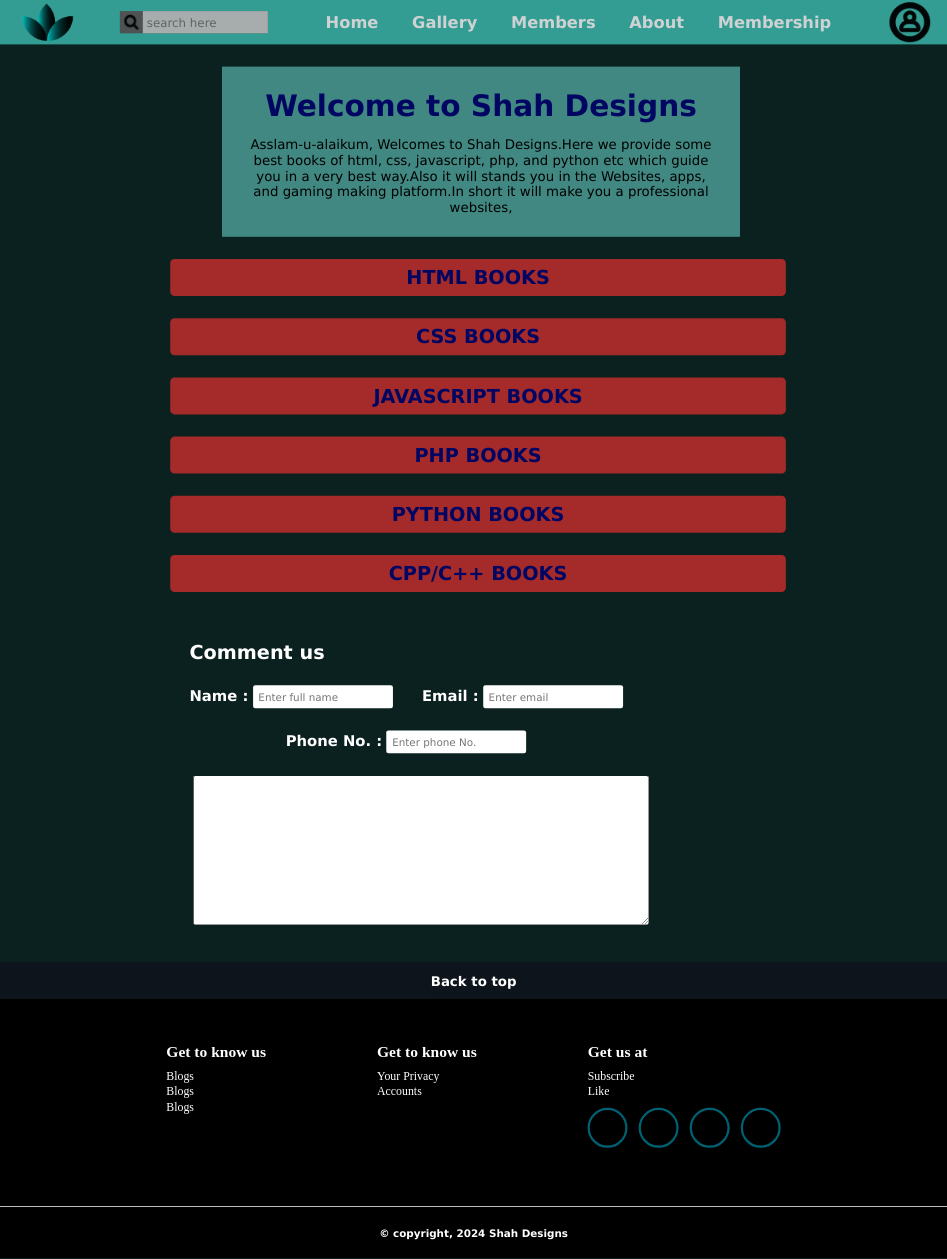
Repository: RawahaMR11/my_assignments
Page: rawaha computer/Shah Designs web/Shah home page.html
The author's editor kept a copy of each file at every save. The page is drawn from the files as they stood at one save, then again after the next save.
The browser window is 1280 px wide. The pictures show the whole page, at 74% of full size.

Above is the page before, as saved 2024-12-13 15:32:36.

After the next save:
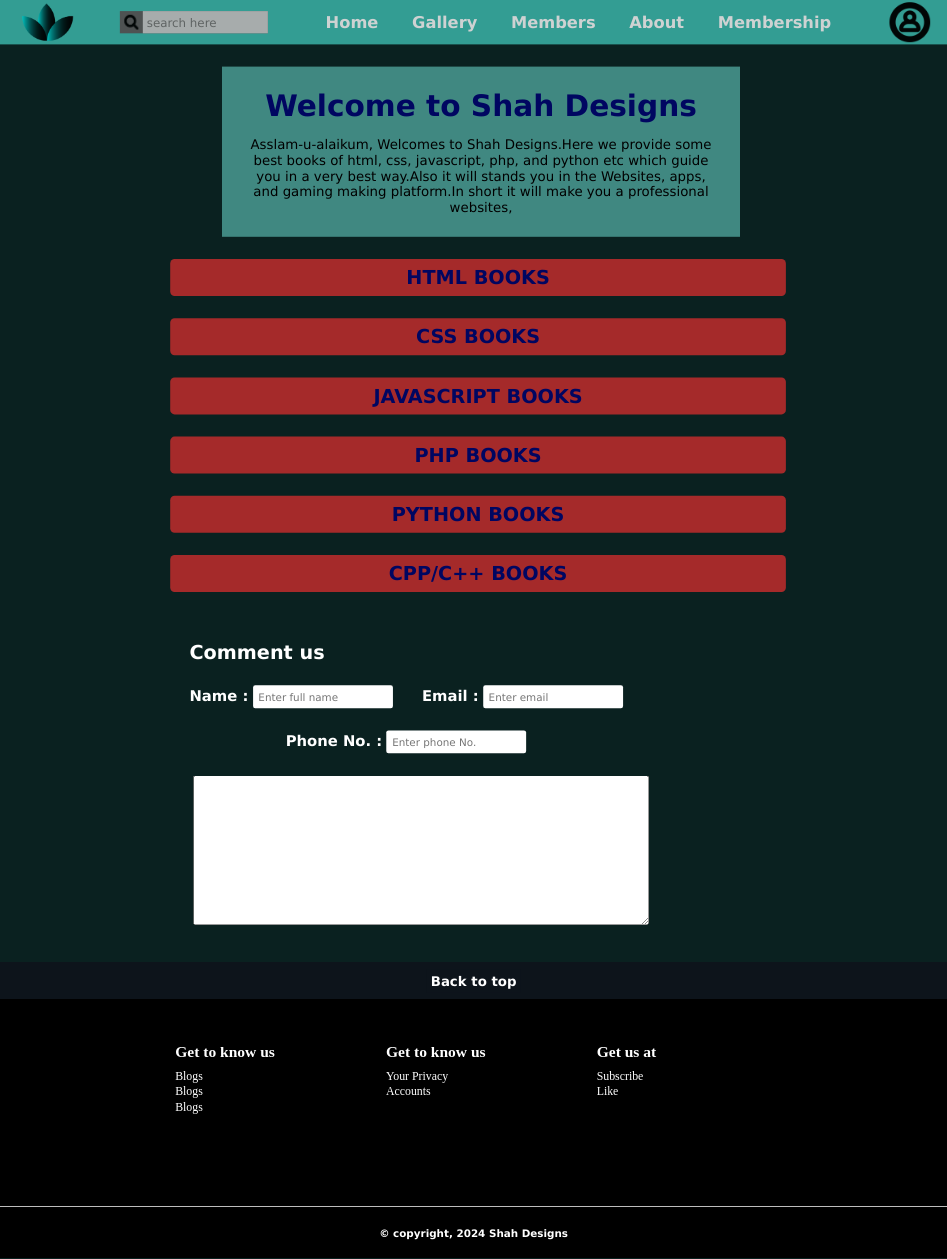
Saved 2 min 51 s later.
--- a/rawaha computer/Shah Designs web/Shah home page.css
+++ b/rawaha computer/Shah Designs web/Shah home page.css
@@ -407,7 +407,6 @@ footer {
       background-color: rgb(0, 0, 0);
       border-radius: 3rem;
       margin-top: 10px;
-      border: 0.5vh solid rgb(0, 97, 114);
       transition: 0.3s ease;
 }
 #insta:hover {
@@ -421,7 +420,6 @@ footer {
       background-color: rgb(0, 0, 0);
       margin-top: 10px;
       border-radius: 3rem;
-      border: 0.5vh solid rgb(0, 97, 114);
       transition: 0.3s ease;
 }
 #facebook:hover {
@@ -435,7 +433,6 @@ footer {
       background-color: rgb(0, 0, 0);
       margin-top: 10px;
       border-radius: 3rem;
-      border: 0.5vh solid rgb(0, 97, 114);
       transition: 0.3s ease;
 }
 #tiktok:hover {
@@ -449,7 +446,6 @@ footer {
       background-color: rgb(0, 0, 0);
       margin-top: 10px;
       border-radius: 3rem;
-      border: 0.5vh solid rgb(0, 97, 114);
       transition: 0.3s ease;
 }
 #twitter:hover {
